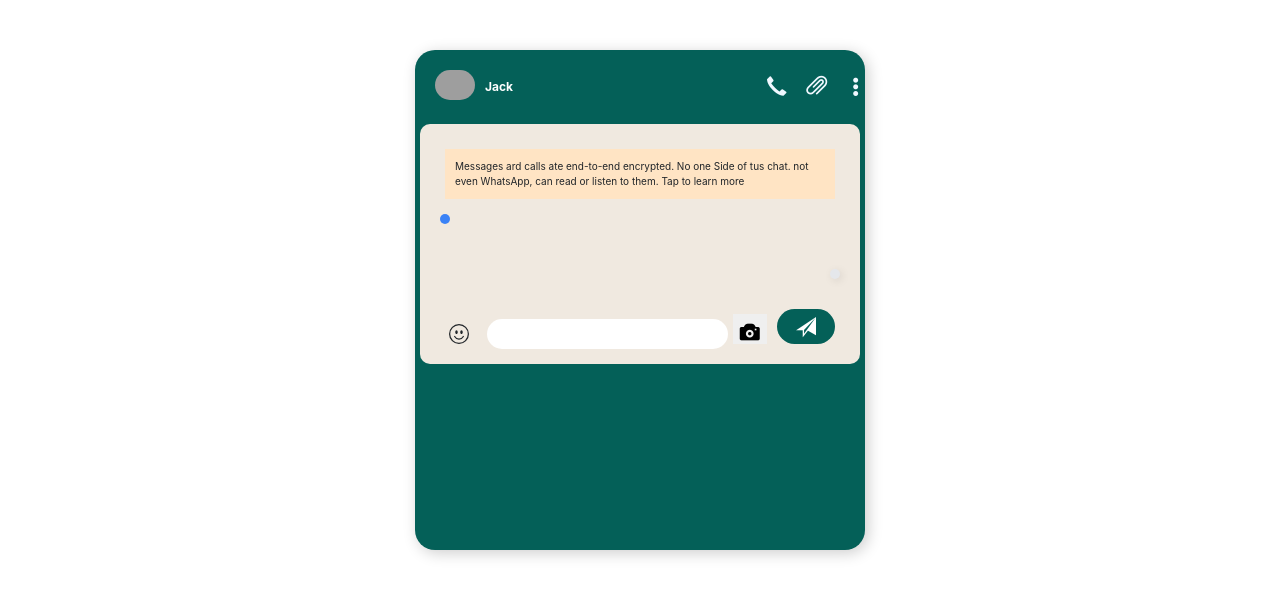
Repository: sibi24sibi/php-mysql-manal-chatbot
Page: http://localhost/
These files come from the project's save history. The page is drawn as it stood at one moment and after the next save; the edit follows.
The browser window is 1280 px wide. The pictures show the whole page.
Pictures or frames that could not be fetched are drawn as grey boxes. The page is run by PHP 8.4 with error messages shown; the project is at /var/www/html/.

Above is the page before, as saved 2023-01-15 14:40:19.

### index.php
<!DOCTYPE html>
<html lang="en">
<head>
    <meta charset="UTF-8">
    <meta http-equiv="X-UA-Compatible" content="IE=edge">
    <meta name="viewport" content="width=device-width, initial-scale=1.0">
    <title>Document</title>
    <link rel="stylesheet" href="style.css">
    <link href="//maxcdn.bootstrapcdn.com/bootstrap/3.3.6/css/bootstrap.min.css" type="text/css" rel="stylesheet">
    <link rel="stylesheet" href="https://cdn.jsdelivr.net/npm/bootstrap@4.6.2/dist/css/bootstrap.min.css" integrity="sha384-xOolHFLEh07PJGoPkLv1IbcEPTNtaed2xpHsD9ESMhqIYd0nLMwNLD69Npy4HI+N" crossorigin="anonymous">
</head>
<body>
    <div class="bot-windows">
        <div class="bot-window-materail">

            <div class="profile d-flex bd-highlight mb-3">

                <div class="profile-pic p-2 bd-highlight">
                    <img src="https://cdn.statusqueen.com/dpimages/thumbnail/anime_boy_dp-2331.jpg" alt="" srcset="">
                </div>
                <div class="profile-name p-2 bd-highlight align-self-center">
                    Jack
                </div>

                <div class="ml-auto p-2 bd-highlight align-self-center">
                    <button type="button" class="btn btn-default" aria-label="Left Align">
                        <span class="glyphicon glyphicon-earphone" style="color:aliceblue" aria-hidden="true"></span>
                    </button>
                    <button type="button" class="btn btn-default" aria-label="Left Align">
                        <span class="glyphicon glyphicon-paperclip" style="color:aliceblue" aria-hidden="true"></span>
                    </button>
                    <button type="button" class="btn btn-default" aria-label="Left Align">
                        <span class="glyphicon glyphicon-option-vertical" style="color:aliceblue" aria-hidden="true"></span>
                    </button>
                </div>

            </div>
        </div>

             <div class="chat-screen ">

                <div class="secure">
                    Messages ard calls ate end-to-end encrypted. No one
                    Side of tus chat. not even WhatsApp, can read or listen
                    to them. Tap to learn more
                </div>



                <div id="body align-items-start">

                        <div class="userSection">
                        <div class="messages user-message">

                        </div>
                        <div class="seperator"></div>
                        </div>
                        <div class="botSection">
                        <div class="messages bot-reply">

                        </div>
                        <div class="seperator"></div>
                        </div>
                </div>


                <div class="bottom-tools d-flex align-items-end ">

                        <button type="button" class="btn btn-default " aria-label="Left Align">
                            <svg xmlns="http://www.w3.org/2000/svg" width="20" height="20" fill="currentColor" class="bi bi-emoji-smile" viewBox="0 0 16 16">
                                <path d="M8 15A7 7 0 1 1 8 1a7 7 0 0 1 0 14zm0 1A8 8 0 1 0 8 0a8 8 0 0 0 0 16z"/>
                                <path d="M4.285 9.567a.5.5 0 0 1 .683.183A3.498 3.498 0 0 0 8 11.5a3.498 3.498 0 0 0 3.032-1.75.5.5 0 1 1 .866.5A4.498 4.498 0 0 1 8 12.5a4.498 4.498 0 0 1-3.898-2.25.5.5 0 0 1 .183-.683zM7 6.5C7 7.328 6.552 8 6 8s-1-.672-1-1.5S5.448 5 6 5s1 .672 1 1.5zm4 0c0 .828-.448 1.5-1 1.5s-1-.672-1-1.5S9.448 5 10 5s1 .672 1 1.5z"/>
                            </svg>
                        </button>
                        <input type="search" id="userInput" class="send-box mr-auto p-2" placeholder="" aria-label="Search" aria-describedby="search-addon"  name="messages"/>

                    <button type="button" class="camera  p-2 bd-highlight" aria-label="Left Align">
                        <span class="glyphicon glyphicon-camera" style="color:black" aria-hidden="true"></span>
                    </button>
                    <button id="send" class="send-button send ml-auto p-2 bd-highlight" aria-label="Left Align">
                        <span class="glyphicon glyphicon-send" style="color:white" aria-hidden="true"></span>
                    </button>
                </div>

            </div>


    </div>


      <script type="text/javascript">

      document.querySelector("#send").addEventListener("click", async () => {
        let xhr = new XMLHttpRequest();
        var userMessage = document.querySelector("#userInput").value

        let userHtml = '<div class="userSection">'+'<div class="messages user-message">'+userMessage+'</div>'+
        '<div class="seperator"></div>'+'</div>'

        document.querySelector('#body').innerHTML+= userHtml;

        xhr.open("POST", "query.php");
        xhr.setRequestHeader("Content-type", "application/x-www-form-urlencoded");
        xhr.send(`messageValue=${userMessage}`);

        xhr.onload = function () {
            let botHtml = '<div class="botSection">'+'<div class="messages bot-reply">'+this.responseText+'</div>'+
            '<div class="seperator"></div>'+'</div>'

            document.querySelector('#body').innerHTML+= botHtml;
        }

      })

    </script>

  </body>
  </html>

### style.css
body{
    margin: 0;
    padding: 0;
    display: flex;
    align-items: center;
    justify-content: center;
    font-family: "Rubik", sans-serif;
  }

  .bot-windows {
    margin: 50px 0;
    height: 500px;
    width: 450px;
    background-color:rgb(4, 96, 88);

    box-shadow: 3px 3px 15px rgba(0, 0, 0, 0.2) ;
    border-radius: 20px;
  }
  .bot-window-materail {
    margin: 15px 15px 15px 15px;
    width: 450px;

  }
  .profile {
    color:white;
    font-size: larger;
    font-weight: bold;
  }
  .profile img {
    height: 30px;
    weight: 30px;
    border-radius: 50px;
  }
  .glyphicon {
    font-size: 20px;
  }
  .chat-screen{
    background-color: rgb(240, 233, 224);
    margin: 5px;
    padding: 15px;
    border-radius: 10px;
  }
.send-box{
  border-color: transparent;
  box-shadow: transparent;
  background-color: rgb(255, 255, 255);
  border-radius: 50px;
  outline-color: transparent;
  height: 30px;
  width: 250px;
}
.send-button{
  background-color:rgb(4, 96, 88);
  border-radius: 40px;
  border-color: transparent;
  height: 35px;
  width: 60px;
  margin-left: 15px;
  margin-right: 10px;
  margin-bottom: 5px;
}
svg{
  margin-left: 5px;
  margin-right: 10px;
}
.input-group{
  margin-bottom: 5px;
}
.camera{
  margin-left: 5px;
  margin-right: 10px;
  margin-bottom: 5px;
  border-color: transparent;
  height: 30px;
}
.secure{
  background-color: bisque;
  padding: 10px;
  margin: 10px;
}

.userSection {
    width: 100%;
  }



  .user-message {
    margin-top: 1rem;
    text-align: left;
    background: #3B82F6;
    color: white;
    float: left;
  }

  .messages {
    max-width: 60%;

    margin: .5rem;
    font-size: 1.2rem;
    padding: .5rem;
    border-radius: 7px;
  }


  .seperator {
    width: 100%;
    height: 50px;
  }

  .bot-reply {
    text-align: right;
    background: #E5E7EB;
    margin-top: 1rem;
    float: right;
    color: black;
    box-shadow: 2px 2px 8px rgba(0, 0, 0, 0.1);
  }

  .seperator {
    width: 100%;
    height: 50px;
  }

After the next save:
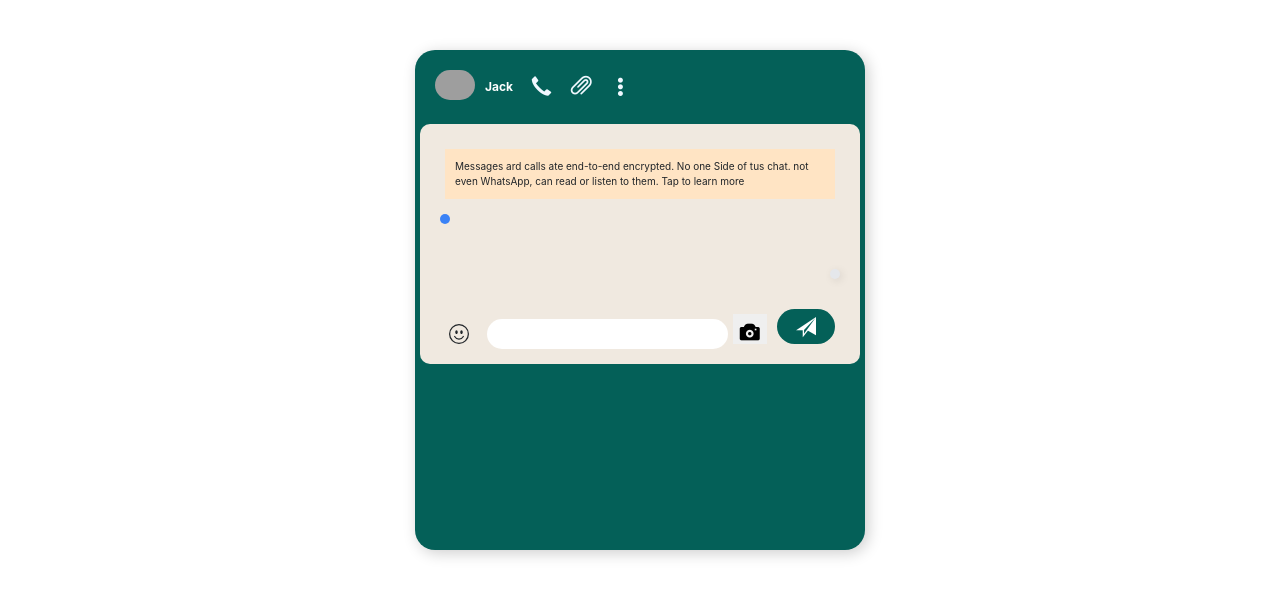
Saved 27 s later.
--- a/index.php
+++ b/index.php
@@ -22,7 +22,7 @@
                     Jack
                 </div>
 
-                <div class="ml-auto p-2 bd-highlight align-self-center">
+                <div class=" p-2 bd-highlight align-self-center">
                     <button type="button" class="btn btn-default" aria-label="Left Align">
                         <span class="glyphicon glyphicon-earphone" style="color:aliceblue" aria-hidden="true"></span>
                     </button>
